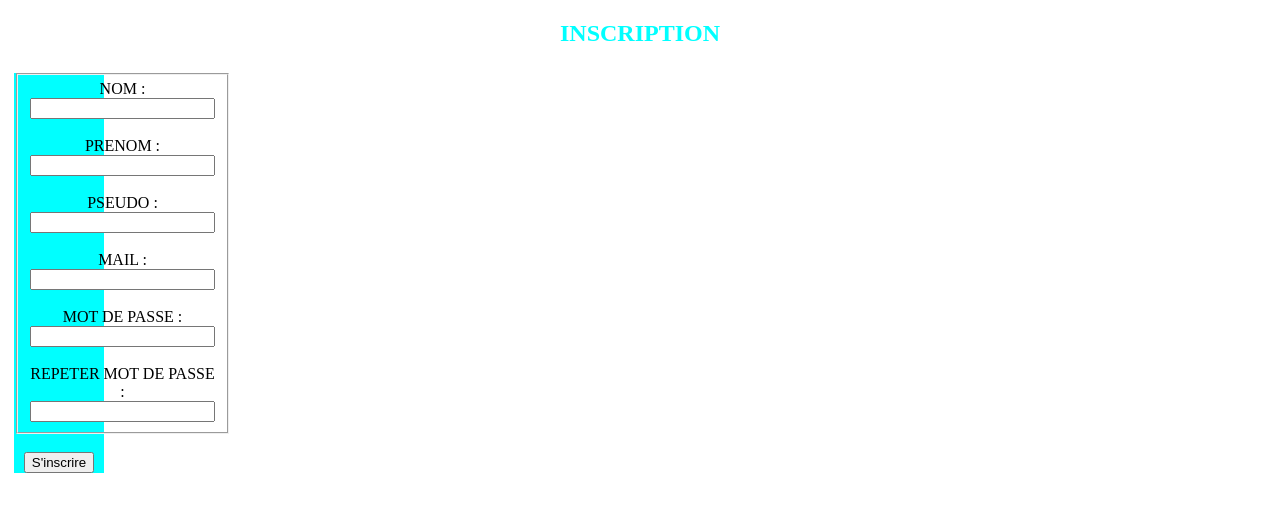
Repository: Aoua1414/JavaDeAoua
Page: http://localhost/MonServletJsp/Inscrire.jsp
The author's editor kept a copy of each file at every save. The page is drawn from the files as they stood at one save, then again after the next save.
The browser window is 1280 px wide. The pictures show the whole page.
The page is served by Tomcat 9. Nobody is signed in. The application's start-up code is not run. Other server files are loaded and not shown.

Above is the page before, as saved 2022-07-25 14:39:22.

### ODC/MonServletJsp/src/main/webapp/Inscrire.jsp
<%@ page language="java" contentType="text/html; charset=UTF-8"
    pageEncoding="UTF-8"%>
<!DOCTYPE html>
<html>
<head>
<link rel="stylesheet" href="aoua.css" type="text/css">
<meta charset="UTF-8">
<title>Inscription</title>
</head>
<body>
<h2>INSCRIPTION</h2>

    <form method="post"  action = "Accueil">
    <fieldset>
     <div>
    <label for= "nom" > NOM :</label>
    <input type="text" id= "nom" name="nom"/>
    </div>
    <div>
    <br>
     <label for= "prenom" > PRENOM :</label>
    <input type="text" />
    </div>

    <div>
    <br>
     <label for= "pseudo" > PSEUDO :</label>
    <input type="text" />
    </div>

    <div>
    <br>
     <label for= "mail" > MAIL :</label>
    <input type="text" />
    </div>

    <div>
    <br>
     <label for= "pass" > MOT DE PASSE :</label>
    <input type="text" />
    </div>

    <div>
    <br>
     <label for= "repeter" > REPETER MOT DE PASSE :</label>
    <input type="text" />
    </div>
    </fieldset>
    <br>
    <button type="submit">S'inscrire</button>



    </form>

<p>

</p>
</body>
</html>

### ODC/MonServletJsp/src/main/webapp/aoua.css

h2{
	color:#00ffff;
	text-align : center;

}
form {

	text-align : center;
	background-color:#00ffff;
	width: 90px;
  display: inline-block;
  vertical-align: top;
  margin: 6px;

}

After the next save:
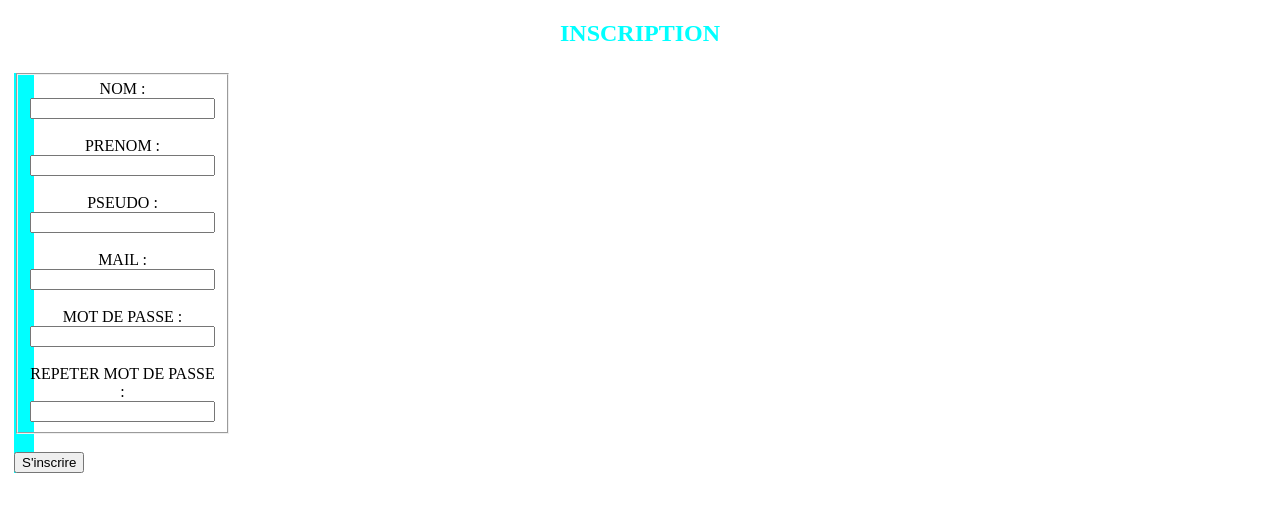
Saved 42 s later.
--- a/ODC/MonServletJsp/src/main/webapp/aoua.css
+++ b/ODC/MonServletJsp/src/main/webapp/aoua.css
@@ -8,7 +8,7 @@ form {
 
 	text-align : center;
 	background-color:#00ffff;
-	width: 90px;
+	width: 20px;
   display: inline-block;
   vertical-align: top;
   margin: 6px;
